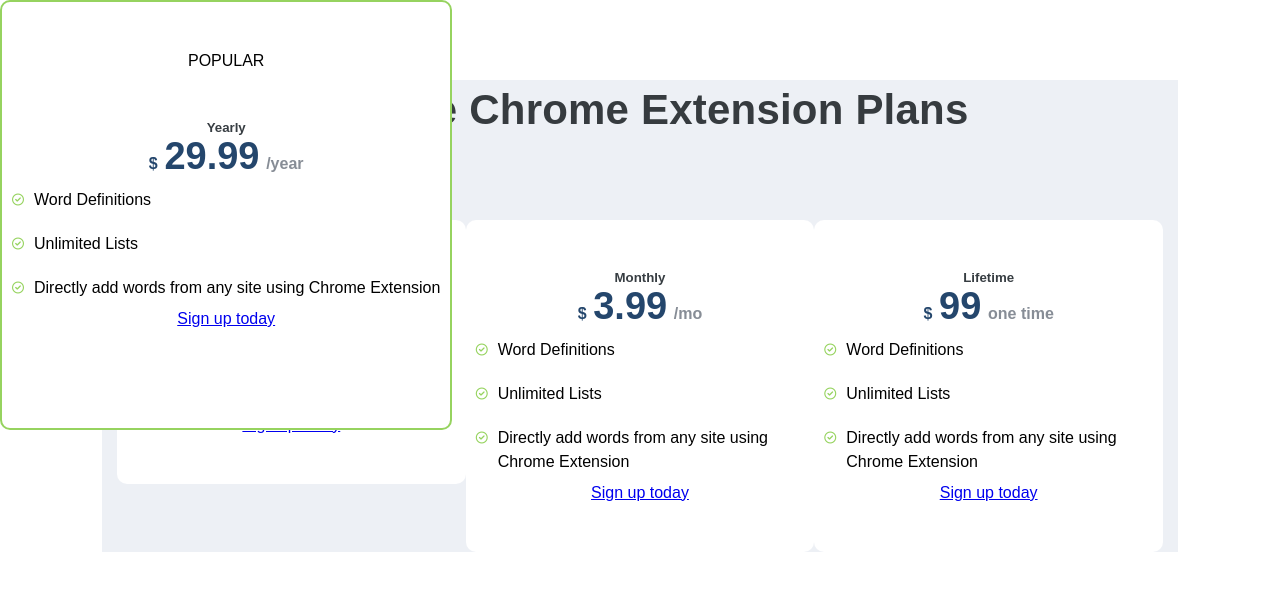
Repository: Novoselets28/chatos-test-task
Page: index.html
The author's editor kept a copy of each file at every save. The page is drawn from the files as they stood at one save, then again after the next save.
The browser window is 1280 px wide. The pictures show the whole page.

Above is the page before, as saved 2023-04-19 19:47:49.

After the next save:
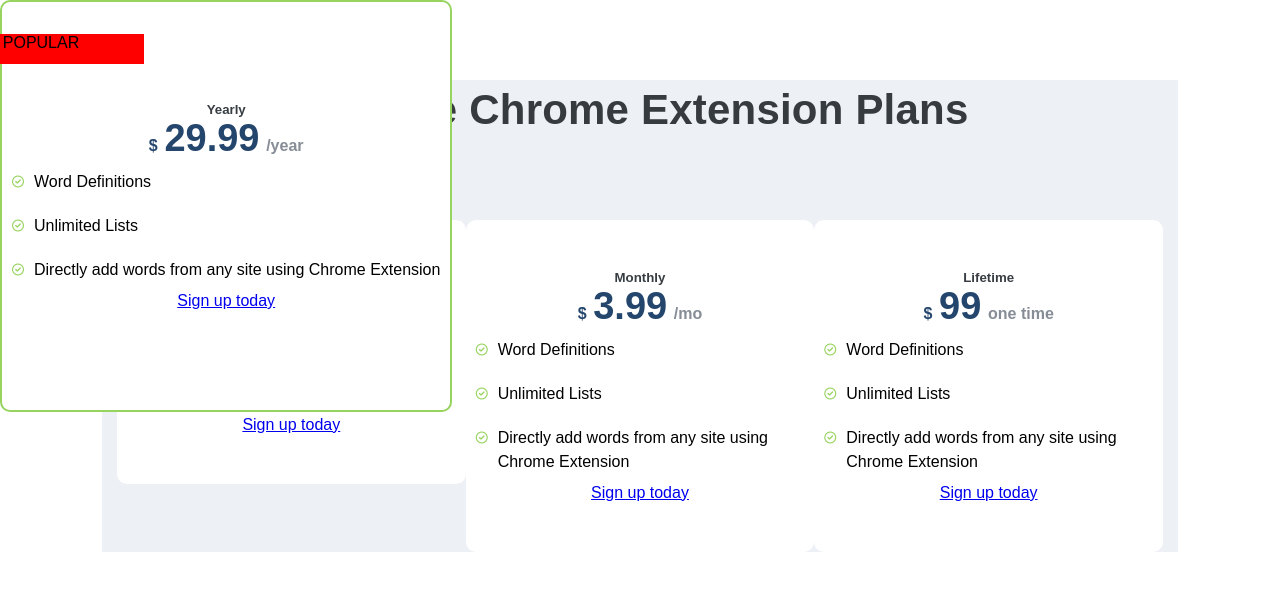
Saved 32 s later.
--- a/index.css
+++ b/index.css
@@ -65,6 +65,23 @@
     left: 0px;
     position: absolute;
     top: 0px;
+}
+
+.ribbon {
+    /* Позиционирование ленты */
+    left: -64px;
+    position: absolute;
+    top: 32px;
+
+    /* Размеры ленты */
+    height: 30px;
+    width: 206px;
+
+    /* Цвет фона */
+    background-color: red;
+
+    /* Текст по центру */
+    text-align: center;
 }
 
 .item-extension__title{
